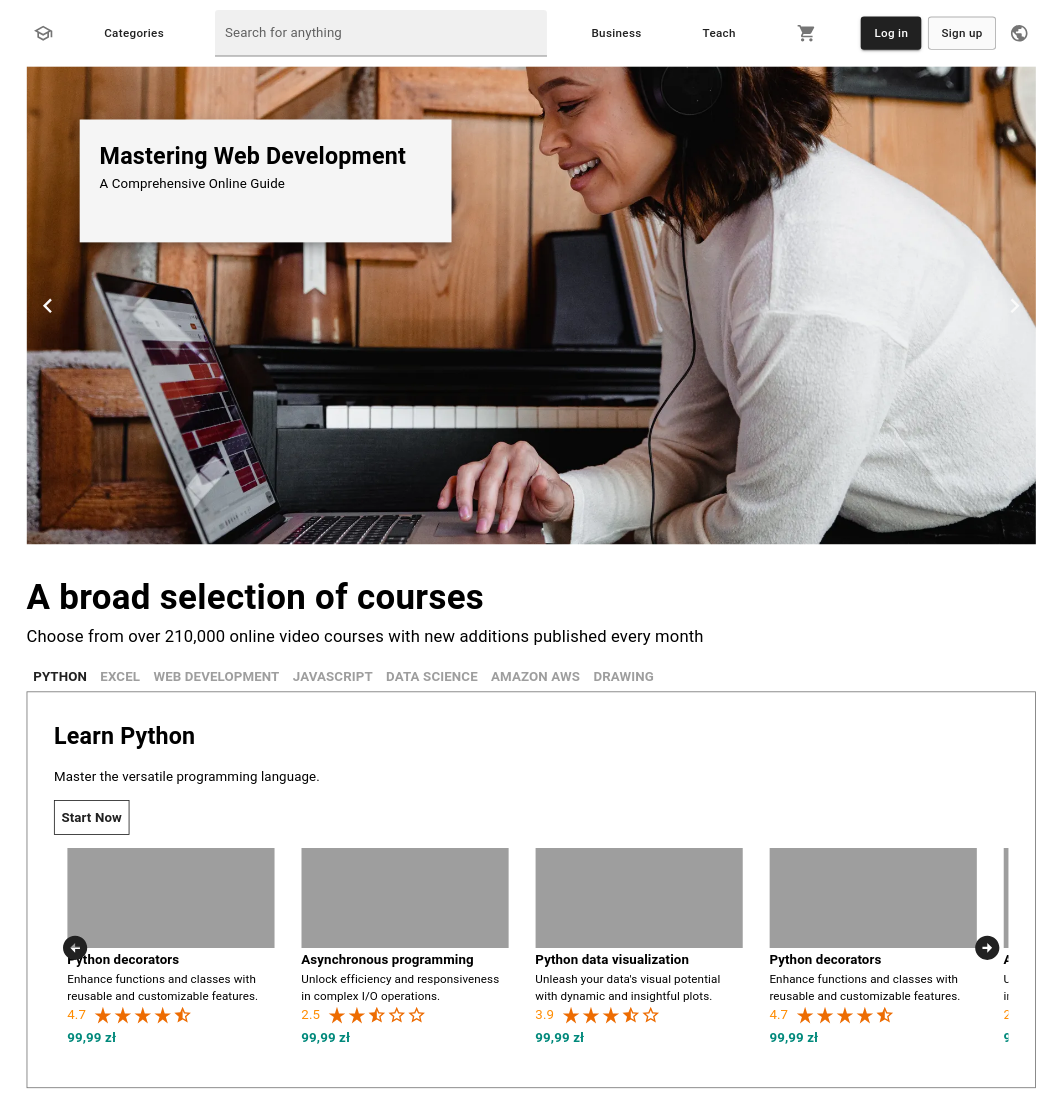
Repository: princ3-web/academy
Page: /
An editor plug-in stored every save of this project. The page is shown before and after a run of saves, followed by the edit.
The browser window is 1280 px wide. The pictures show the whole page, at 83% of full size.
Pictures or frames that could not be fetched are drawn as grey boxes. The project was rebuilt for these pictures with package versions that can differ from the ones it lists, and the page was loaded fresh each time. Also part of the build but not shown: vite.config.js, src/pages/Courses.jsx, src/pages/Business.jsx, src/pages/Teach.jsx.

Above is the page before, as saved 2023-07-10 12:50:58.

After the next 2 saves:
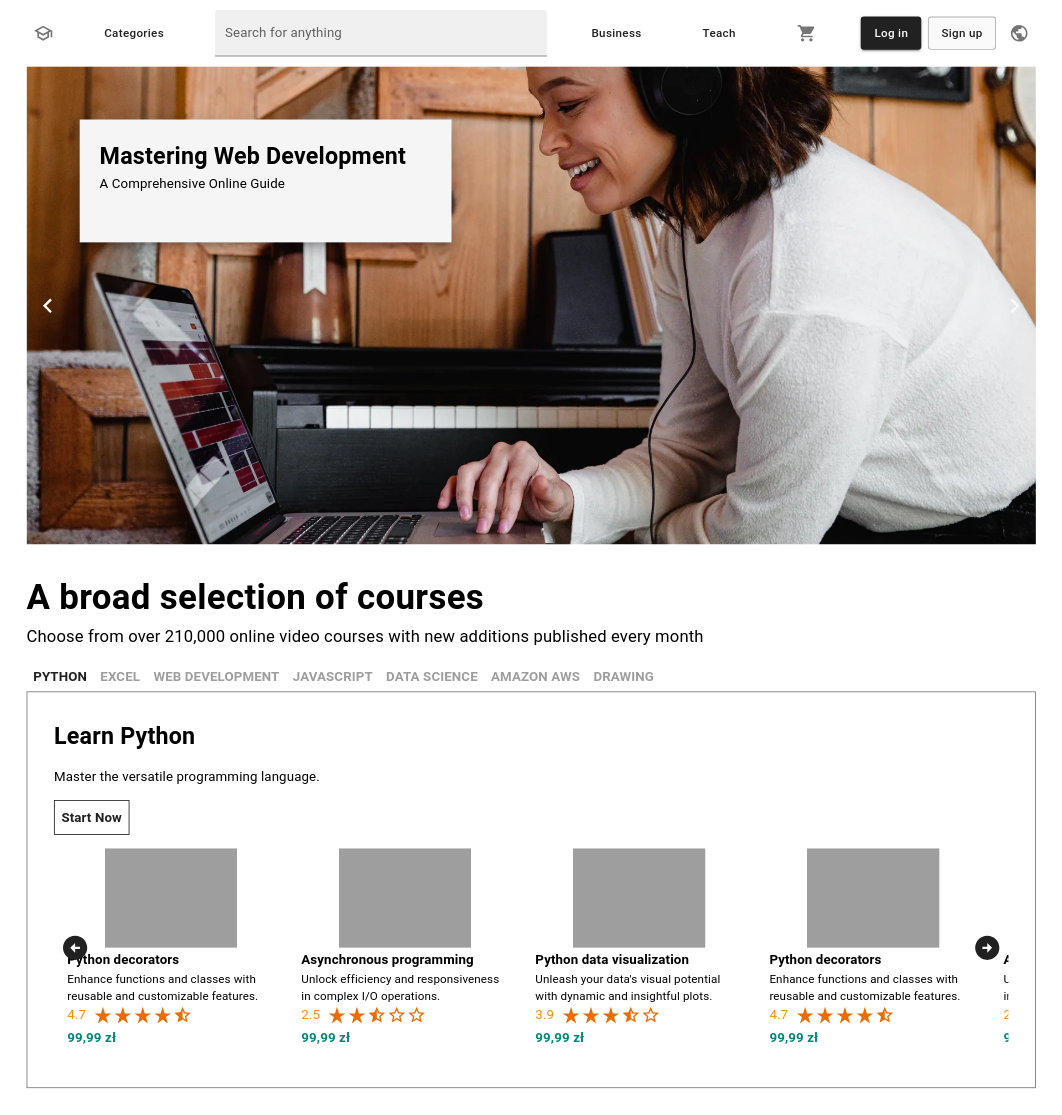
The 2 saves are shown as one change because they came seconds apart.
The last was saved 8 s later.
--- a/src/components/MultipleCarousel.jsx
+++ b/src/components/MultipleCarousel.jsx
@@ -72,7 +72,7 @@
               boxWidth={250}
               imageWidth={250}
               imageHeight={120}
-              imageObjectFit={"cover"}
+              imageObjectFit={"contain"}
             />
           ))}
         </Box>

After the save that followed:
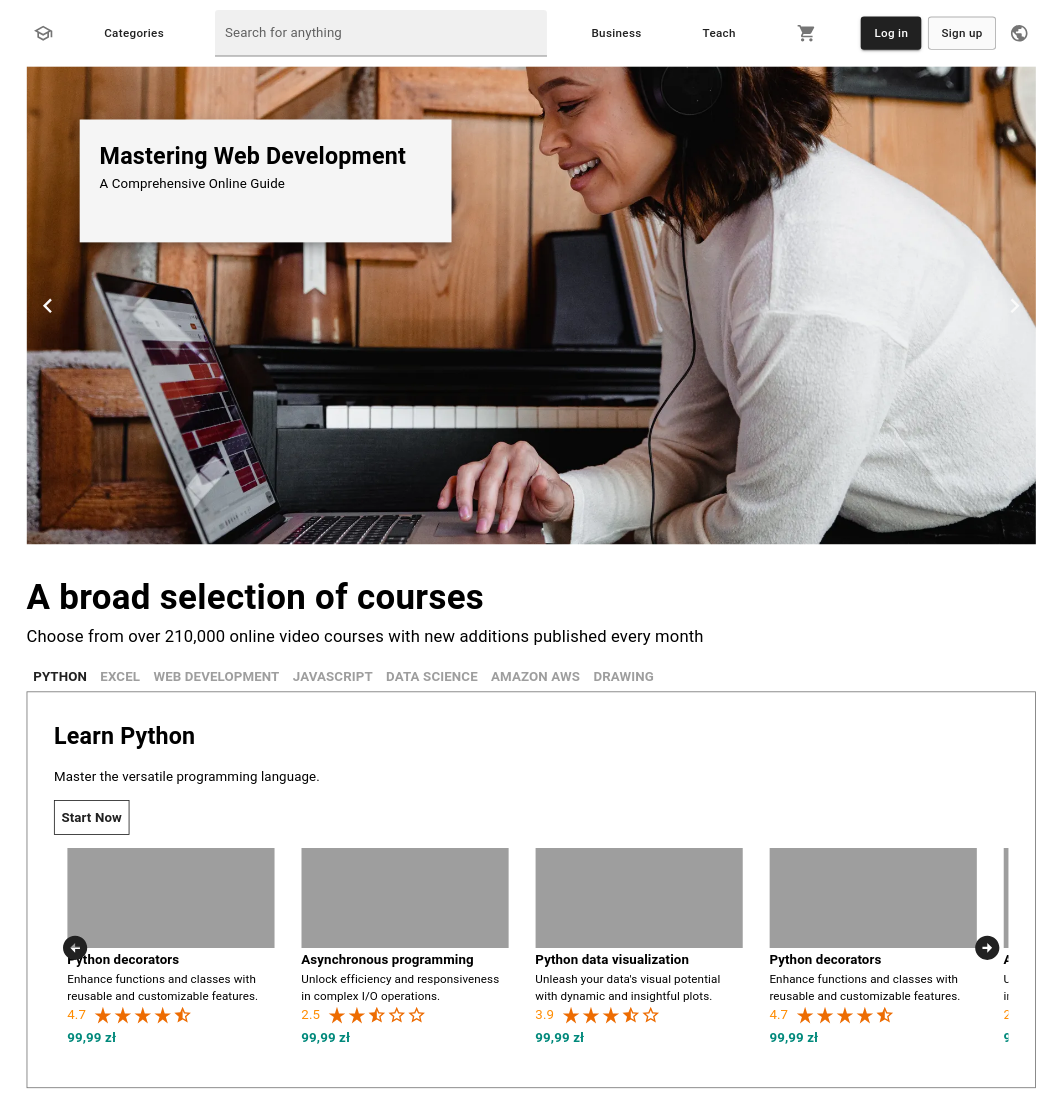
Saved 10 s later.
--- a/src/components/MultipleCarousel.jsx
+++ b/src/components/MultipleCarousel.jsx
@@ -72,7 +72,7 @@
               boxWidth={250}
               imageWidth={250}
               imageHeight={120}
-              imageObjectFit={"contain"}
+              imageObjectFit={"cover"}
             />
           ))}
         </Box>
